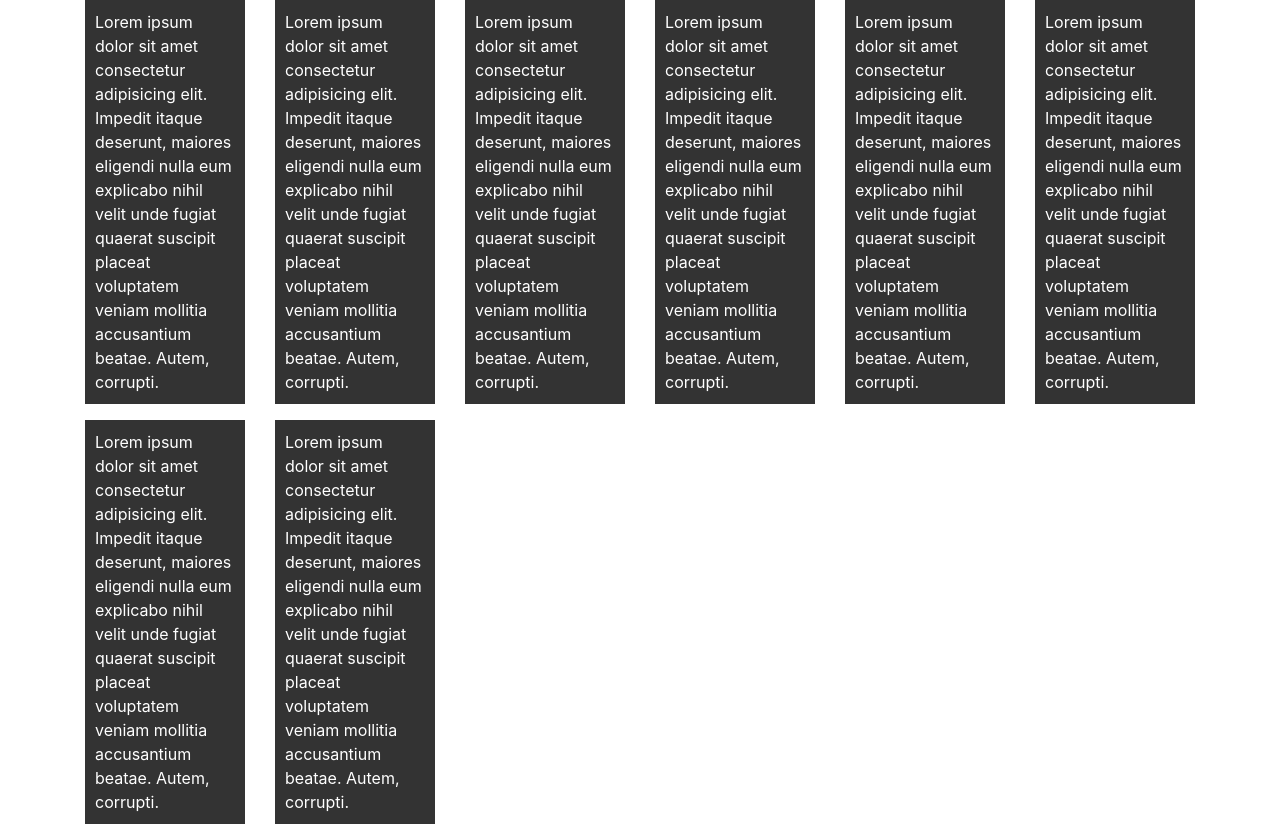
Repository: anhtu2110/front_end
Page: lesson/bootstrap/grid-layout/2.6-container-size.html
An editor plug-in stored every save of this project. The page is shown before and after the next save, followed by the edit.
The browser window is 1280 px wide. The pictures show the whole page.

Above is the page before, as saved 2022-12-01 17:22:01.

After the next save:
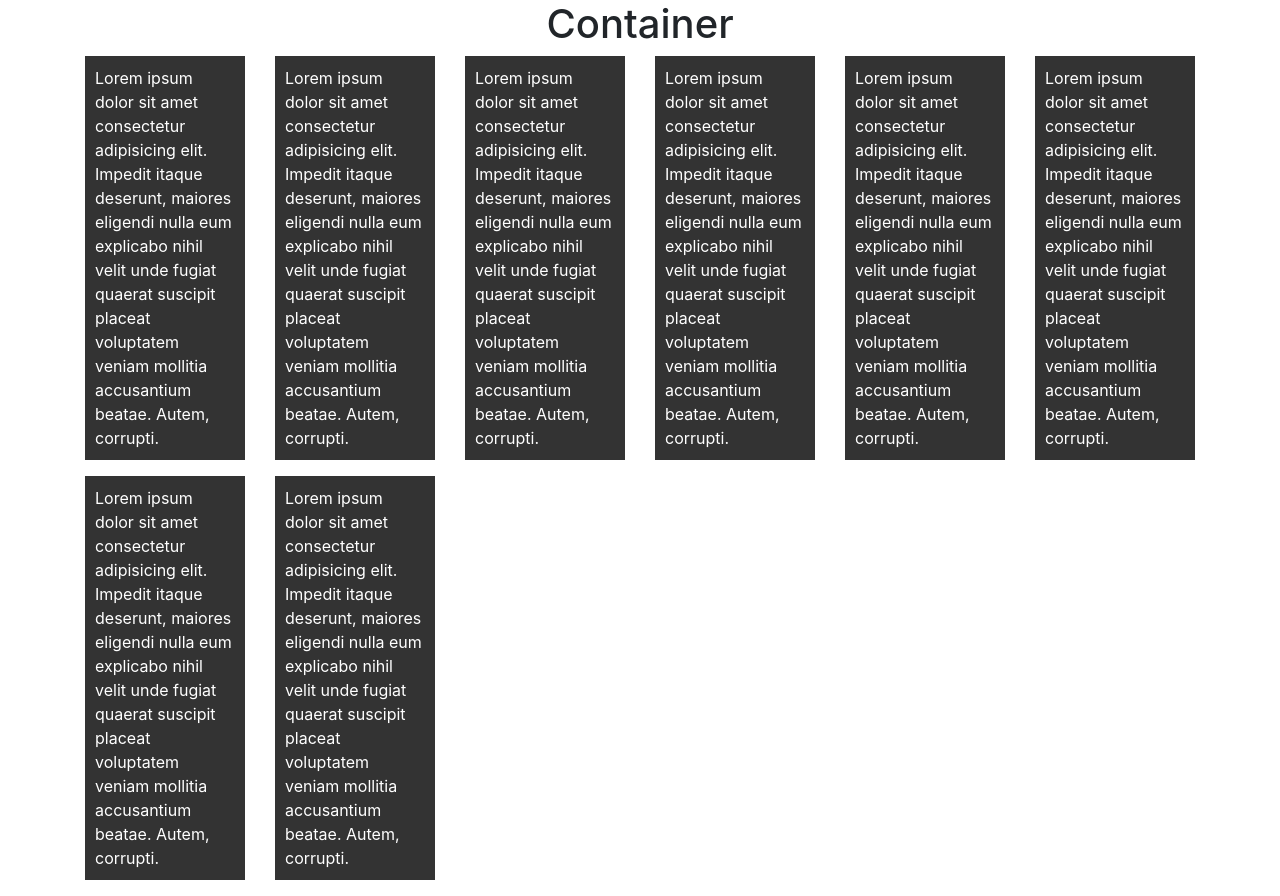
Saved 4 min 4 s later.
--- a/lesson/bootstrap/grid-layout/2.6-container-size.html
+++ b/lesson/bootstrap/grid-layout/2.6-container-size.html
@@ -16,6 +16,7 @@
       }
     </style>
     <div class="container">
+      <h1 class="text-center">Container</h1>
       <div class="row">
         <div class="col-md-3 col-sm-4 col-6 col-xl-2 box">
           <p>
